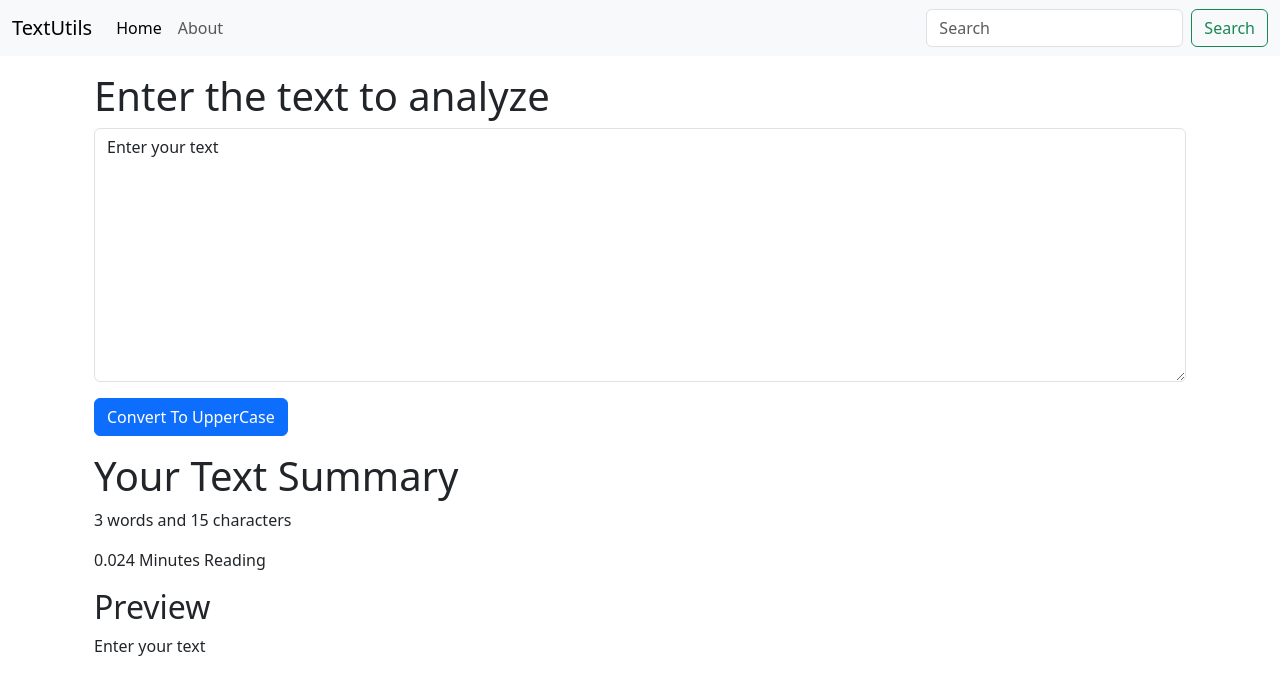
Repository: Rohit-foryou/Text-Utils
Page: /
An editor plug-in stored every save of this project. The page is shown before and after a run of saves, followed by the edit.
The browser window is 1280 px wide. The pictures show the whole page.
The project was rebuilt for these pictures with package versions that can differ from the ones it lists, and the page was loaded fresh each time. Also part of the build but not shown: src/index.css, src/App.css.

Above is the page before, as saved 2023-12-20 21:14:25.

After the next 2 saves:
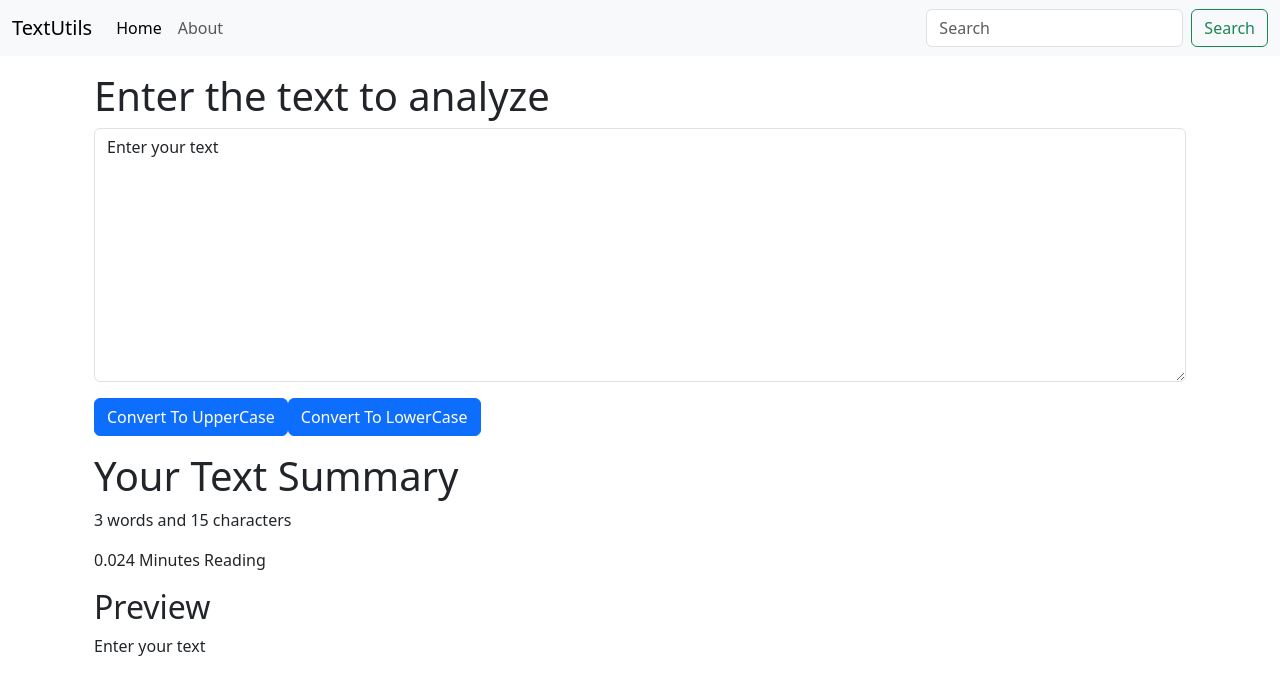
The 2 saves are shown as one change because 1 did not build or start.
The last was saved 100 s later.
--- a/src/components/TextForm.js
+++ b/src/components/TextForm.js
@@ -3,6 +3,11 @@
 
 export default function TextForm(props) {
   const handleUpClick = ()=>{
+      // console.log("uppercase is clicked" + text)
+      let newText =  text.toUpperCase();
+      setText(newText)
+  }
+  const handleLowClick = ()=>{
       // console.log("uppercase is clicked" + text)
       let newText =  text.toUpperCase();
       setText(newText)
@@ -20,6 +25,7 @@
         <textarea className="form-control" value = {text} onChange={handleOnChange} id="myBox" rows="10"></textarea>
         </div>
         <button className="btn btn-primary" onClick={handleUpClick}>Convert To UpperCase</button>
+        <button className="btn btn-primary" onClick={handleLowClick}>Convert To LowerCase</button>
     </div>
     <div className="container my-3">
       <h1>Your Text Summary</h1>
